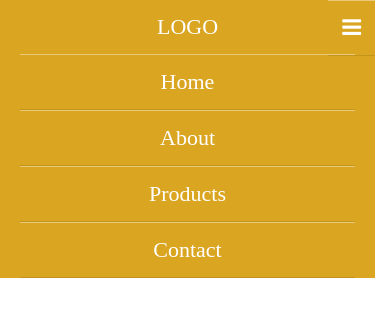
Repository: albayrakfatih/Flex-Navbar
Page: navbar-w-flexbox.html
The author's editor kept a copy of each file at every save. The page is drawn from the files as they stood at one save, then again after a run of saves.
The browser window is 375 px wide. The pictures show the whole page.

Above is the page before, as saved 2023-05-09 20:31:54.

After the next 4 saves:
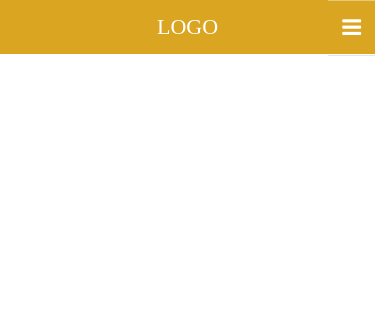
The 4 saves are shown as one change because they came seconds apart.
The last was saved 12 s later.
--- a/styles.css
+++ b/styles.css
@@ -59,7 +59,9 @@
         top: 0;
         right: 0px;
     }
-    .responsive .navigation li:not(:last-child)
+    .responsive .navigation li:not(:last-child){
+        display:none;
+    }
 
 
 
